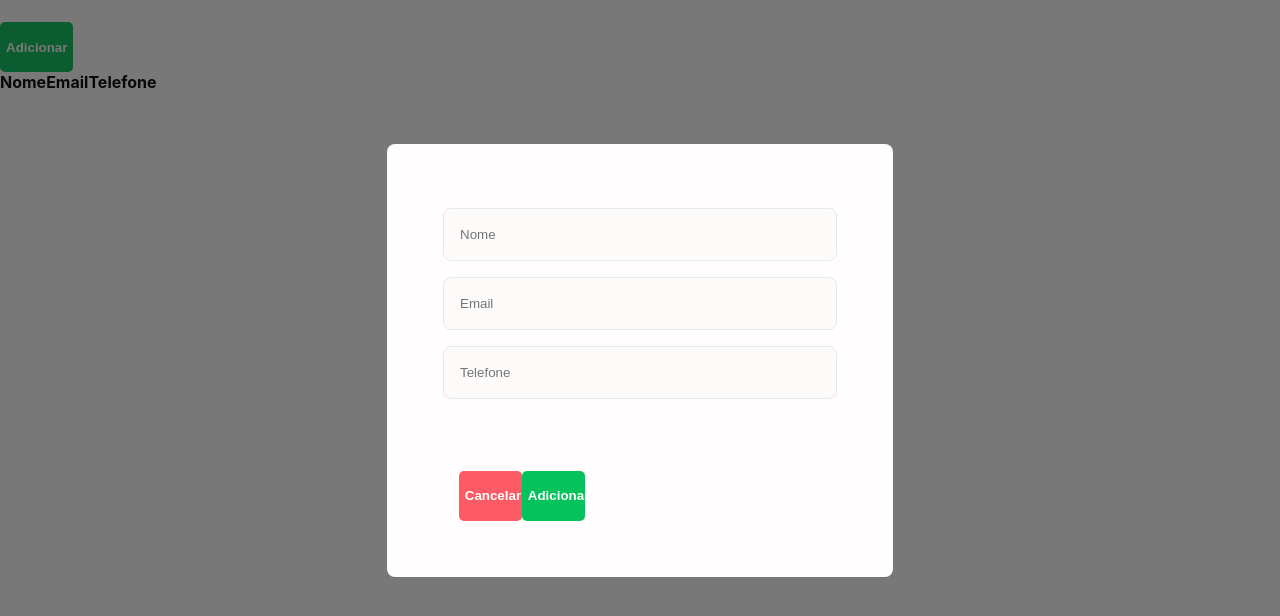
Repository: Henry-Loiola/agenda-contatos
Page: /, after clicking the first element matching `button.btn`
An editor plug-in stored every save of this project. The page is shown before and after a run of saves, followed by the edit.
The browser window is 1280 px wide. The pictures show the whole page.
The project was rebuilt for these pictures with package versions that can differ from the ones it lists, and the page was loaded fresh each time.

Above is the page before, as saved 2024-08-19 20:08:25.

### public/index.html
<!DOCTYPE html>
<html lang="pt-br">
  <head>
    <meta charset="utf-8" />
    <link rel="icon" href="%PUBLIC_URL%/favicon.ico" />
    <meta name="viewport" content="width=device-width, initial-scale=1" />
    <meta name="theme-color" content="#000000" />
    <meta name="description" content="Web site created using create-react-app"/>
    <link rel="apple-touch-icon" href="%PUBLIC_URL%/logo192.png" />
    <link rel="manifest" href="%PUBLIC_URL%/manifest.json" />
    <title>Kontact</title>
  </head>
  <body>
    <noscript>You need to enable JavaScript to run this app.</noscript>
    <div id="root"></div>
  </body>
</html>

### src/index.tsx
import React from 'react';
import ReactDOM from 'react-dom/client';
import { ToastContainer } from 'react-toastify';
import 'react-toastify/dist/ReactToastify.css';
import { Provider } from 'react-redux';
import './index.css';
import App from './App';
import { store } from './store/store';


const root = ReactDOM.createRoot(
  document.getElementById('root') as HTMLElement
);
root.render(
  <React.StrictMode>
    <Provider store={store}>
      <App />
    </Provider>
    <ToastContainer />
  </React.StrictMode>
);

### src/index.css
@import url('./styles/global.css');
body {
  margin: 0;
  font-family: -apple-system, BlinkMacSystemFont, 'Segoe UI', 'Roboto', 'Oxygen', 'Ubuntu', 'Cantarell', 'Fira Sans', 'Droid Sans', 'Helvetica Neue', sans-serif;
  -webkit-font-smoothing: antialiased;
  -moz-osx-font-smoothing: grayscale;
}

button {
  cursor: pointer;
}

a {
  color: #1972A8;
  text-decoration: none;
}

input[type="text"], input[type="password"] {
  background-color: #FDFAFA;
  border: 1px solid #E8E8E8;
  height: 51px;
  border-radius: 8px;
  margin: 8px 0;
  padding: 0 16px;
}

code {
  font-family: source-code-pro, Menlo, Monaco, Consolas, 'Courier New', monospace;
}

### src/App.tsx
import Home from './pages/Home';

function App() {
  return (
    <div className="App">
      <Home/>
    </div>
  );
}

export default App;

### src/store/store.ts
import { configureStore } from '@reduxjs/toolkit';
import contactsReducer from './contactsSlice';

export const store = configureStore({
  reducer: {
    contacts: contactsReducer,
  },
});


export type RootState = ReturnType<typeof store.getState>;
export type AppDispatch = typeof store.dispatch;

### src/styles/global.css
.btn {
  border: none;
  height: 50px;
  color: #ffffff;
  font-weight: bold;
  border-radius: 5px;
}

.btn:hover {
  opacity: 0.9;
}

.btn-positive {
  background-color: #04C35C;
}

.btn-negative {
  background: rgba(251, 6, 21, 0.65);
}

.backdrop {
  background: rgba(16, 15, 15, 0.56);
  position: fixed;
  left: 0;
  top: 0;
  width: 100%;
  height: 100%;
  overflow: auto;
  display: flex;
  align-items: center;
  justify-content: center;
}

### src/pages/Home/index.tsx
import React, { useState } from 'react';
import Header from '../../components/Header';
import Table from '../../components/Table';
import './styles.css';
import ModalInsertAndEditContact from '../../components/ModalAddEdit';

const Home: React.FC = () => {

  const [isModalOpen, setModalOpen] = useState(false);
  const [editingContactId, setEditingContactId] = useState<string | null>(null);
  const [openAddEditModal, setOpenAddEditModal] = useState<boolean>(true)

  const handleAdd = () => {
    setEditingContactId(null);
    setModalOpen(true);
  };

  return (
    <div className="container-home">
      <Header />
      <div className="content-home">
        <button
          className="btn btn-positive btn-adicionar"
          onClick={handleAdd}>
          Adicionar
        </button>
        <Table />
      </div>
      {isModalOpen && (
        <ModalInsertAndEditContact
          contactId={editingContactId}
          onClose={() => setModalOpen(false)}
        />
      )}
    </div>
  );
}

export default Home;

### src/store/contactsSlice.ts
import { createSlice, PayloadAction } from '@reduxjs/toolkit';
import { Contact } from '../types/Contacts';

interface ContactsState {
  contactsList: Record<string, Contact>;
}

const initialState: ContactsState = {
  contactsList: {},
};

const contactsSlice = createSlice({
  name: 'contacts',
  initialState,
  reducers: {
    addContact: (state, action: PayloadAction<Contact>) => {
      const { id, name, email, phone } = action.payload;
      state.contactsList[id] = { id, name, email, phone };
    },
    updateContact: (state, action: PayloadAction<Contact>) => {
      const { id, name, email, phone } = action.payload;
      if (state.contactsList[id]) {
        state.contactsList[id] = { ...state.contactsList[id], name, email, phone };
      }
    },
    removeContact: (state, action: PayloadAction<{ id: string }>) => {
      delete state.contactsList[action.payload.id];
    },
  },
});

export const { addContact, updateContact, removeContact } = contactsSlice.actions;
export default contactsSlice.reducer;

### src/components/Header/index.tsx
import Logo from '../../assets/logo.svg';
import SignOutIcon from '../../assets/sign-out.svg';


import './styles.css';

function Header() {



  function handleLogout() {
    console.log('até')
  }

  return (
    <header>
      <img src={Logo} alt="Logo" />
      <img
        className="sign-out-button"
        src={SignOutIcon}
        alt="Sign Out"
        onClick={() => handleLogout()}
      />
    </header>
  );
}

export default Header;

### src/components/Table/index.tsx
import { useState } from 'react';
import DeleteIcon from '../../assets/delete-icon.svg';
import EditIcon from '../../assets/edit-icon.svg';
import { useSelector, useDispatch } from 'react-redux';
import { Contact } from '../../types/Contacts';
import { AppDispatch, RootState } from '../../store/store';
import { removeContact } from '../../store/contactsSlice';
import ModalInsertAndEditContact from '../ModalAddEdit';
import './styles.css';



function Table() {
  const contacts = useSelector((state: RootState) => state.contacts.contactsList);
  const dispatch = useDispatch<AppDispatch>();
  const [editingContactId, setEditingContactId] = useState<string | null>(null);
  const [isModalOpen, setModalOpen] = useState(false);



  function handleDeleteContact(id: string) {
    dispatch(removeContact({ id }));
  }
  const handleEdit = (id: string) => {
    setEditingContactId(id);
    setModalOpen(true);
  }
  const handleAdd = () => {
    setEditingContactId(null);
    setModalOpen(true);
  }

  return (
    <div className="container-table">
      <div className="header-table">
        <strong>Nome</strong>
        <strong>Email</strong>
        <strong>Telefone</strong>
      </div>
      <div className="body-table">
        {Object.entries(contacts).map(([id, contact]) => (
          <div className="line-table" key={id}>
            <span>{contact.name}</span>
            <span>{contact.email}</span>
            <span>{contact.phone}</span>
            <div className="action-buttons">
              <img
                src={EditIcon}
                alt="Edit Icon"
                onClick={() => handleAdd()}
              />
              <img
                src={EditIcon}
                alt="Edit Icon"
                onClick={() => handleEdit(id)}
              />
              <img
                src={DeleteIcon}
                alt="Delete Icon"
                onClick={() => handleDeleteContact(id)}
              />
            </div>
          </div>
        ))
        }
      </div >
      {isModalOpen && (
        <ModalInsertAndEditContact
          contactId={editingContactId}
          onClose={() => setModalOpen(false)}
        />
      )}
      {/* <ModalConfirmDelete
        open={open}
        setOpen={setOpen}
        itemToDelete={currentContact}
        onDelete={handleDelete}
      /> */}
    </div >
  );
}

export default Table;

### src/components/ModalAddEdit/styles.css
.container-modal-insert {
    display: flex;
    flex-direction: column;
    justify-content: center;
    border-radius: 8px;
    width: 394px;
    padding: 56px;
    background-color: #fffdfd;
    text-align: center;
    position: relative;
  }

  .container-modal-insert h2 {
    margin-bottom: 32px;
  }

  .close-icon {
    position: absolute;
    right: 24px;
    top: 24px;
    cursor: pointer;
  }

  .buttons-confirm {
    justify-content: space-between;
    width: 40%;
  }
  .buttons-confirm button {
    justify-content: space-between;
    width: 40%;
  }

  .btn-confirm-insert {
    margin-top: 64px;
  }

  .btn-cancel-insert {
    margin-top: 8px;
  }

### src/components/ModalAddEdit/index.tsx
import React, { useEffect, useState } from 'react';
import CloseIcon from '../../assets/close-icon.svg';
import { Contact } from '../../types/Contacts';
import { useDispatch } from 'react-redux';
import { AppDispatch, RootState } from '../../store/store';
import { useSelector } from 'react-redux';
import { addContact, updateContact } from '../../store/contactsSlice';
import './styles.css';

interface ContactModalProps {
    contactId: string | null;
    onClose: () => void;
}

const ModalInsertAndEditContact: React.FC<ContactModalProps> = ({ contactId, onClose }) => {
  const dispatch = useDispatch<AppDispatch>();
  const existingContact = useSelector((state: RootState) =>
    contactId ? state.contacts.contactsList[contactId] : null
  );
  const [name, setName] = useState(existingContact?.name || '');
  const [email, setEmail] = useState(existingContact?.email || '');
  const [phone, setPhone] = useState(existingContact?.phone || '');


  useEffect(() => {
    if (existingContact) {
      setName(existingContact.name);
      setEmail(existingContact.email);
      setPhone(existingContact.phone || '');
    }
  }, [existingContact]);

  const handleSubmit = () => {
    if (contactId) {
      dispatch(updateContact({ id: contactId, name, email, phone }));
    } else {
      const newId = new Date().getTime().toString();
      dispatch(addContact({ id: newId, name, email, phone }));
    }
    onClose();
  };

  return (
    <div
      className="backdrop"
      style={{ display: 'flex' }}
    >
      <form onSubmit={handleSubmit} className="container-modal-insert">
        <input
          type="text"
          name="name"
          placeholder="Nome"
          value={name}
          onChange = {(e) => setName(e.target.value)}
        />
        <input
          type="text"
          name="email"
          placeholder="Email"
          value={email}
          onChange = {(e) => setEmail(e.target.value)}
        />
        <input
          type="text"
          name="phone"
          placeholder="Telefone"
          value={phone}
          onChange = {(e) => setPhone(e.target.value)}
        />

        <div className="buttons-confirm">
          <button type="button" onClick={onClose} className="btn btn-negative btn-cancel-insert">Cancelar</button>
          <button type="submit" className="btn btn-positive btn-confirm-insert">Adicionar</button>
        </div>
      </form>
    </div>
  );
};
export default ModalInsertAndEditContact;

After the next 3 saves:
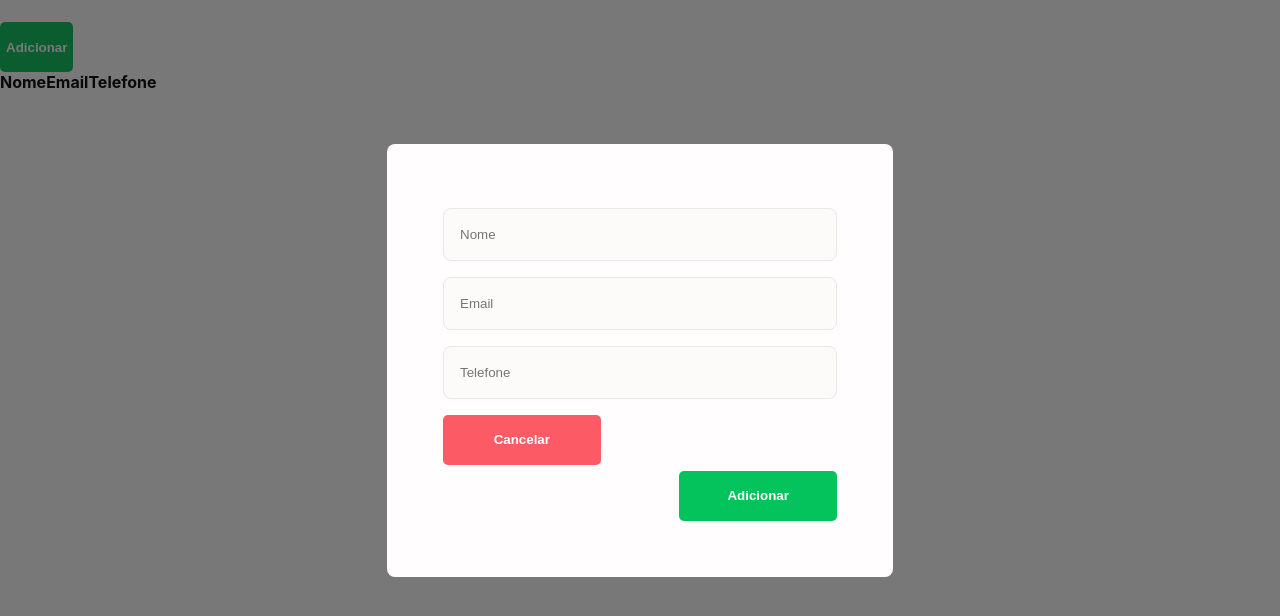
The 3 saves are shown as one change because they came seconds apart.
The last was saved 8 s later.
--- a/src/components/ModalAddEdit/styles.css
+++ b/src/components/ModalAddEdit/styles.css
@@ -22,8 +22,9 @@
   }
 
   .buttons-confirm {
+    display: flex;
     justify-content: space-between;
-    width: 40%;
+
   }
   .buttons-confirm button {
     justify-content: space-between;
